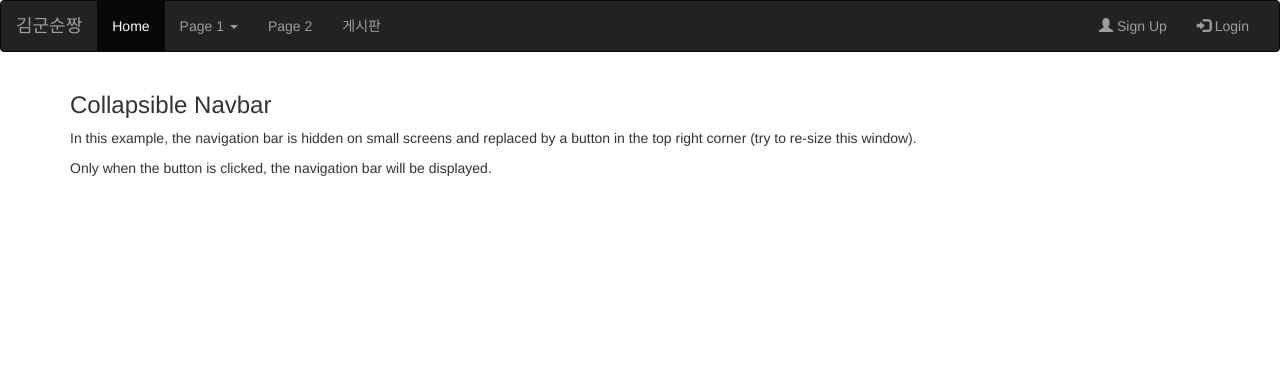
Repository: SeeUSoon93/Spring
Page: http://localhost/SpringMVC03/WEB-INF/views/index.jsp
An editor plug-in stored every save of this project. The page is shown before and after the next save, followed by the edit.
The browser window is 1280 px wide. The pictures show the whole page.
The page is served by Tomcat 9. Nobody is signed in. Other server files are loaded and not shown. The template is opened directly, without the code that normally fills it, so the values that code supplies are empty.

Above is the page before, as saved 2023-10-06 02:37:28.

### SpringMVC03/src/main/webapp/WEB-INF/views/index.jsp
<%@ page language="java" contentType="text/html; charset=UTF-8"
    pageEncoding="UTF-8"%>
<%@ taglib prefix="c" uri="http://java.sun.com/jsp/jstl/core" %>
<!DOCTYPE html>
<html lang="en">
<head>
  <title>SpringMVC03</title>
  <meta charset="utf-8">
  <meta name="viewport" content="width=device-width, initial-scale=1">
</head>
<body>

	<jsp:include page="common/header.jsp"></jsp:include>

<div class="container">
  <h3>Collapsible Navbar</h3>
  <p>In this example, the navigation bar is hidden on small screens and replaced by a button in the top right corner (try to re-size this window).
  <p>Only when the button is clicked, the navigation bar will be displayed.</p>
</div>

</body>
</html>

### SpringMVC03/src/main/webapp/WEB-INF/views/common/header.jsp
<%@ page language="java" contentType="text/html; charset=UTF-8"
    pageEncoding="UTF-8"%>
<!DOCTYPE html>
<html lang="en">
<head>
  <title>SpringMVC03</title>
  <meta charset="utf-8">
  <meta name="viewport" content="width=device-width, initial-scale=1">
  <link rel="stylesheet" href="https://maxcdn.bootstrapcdn.com/bootstrap/3.4.1/css/bootstrap.min.css">
  <script src="https://ajax.googleapis.com/ajax/libs/jquery/3.6.4/jquery.min.js"></script>
  <script src="https://maxcdn.bootstrapcdn.com/bootstrap/3.4.1/js/bootstrap.min.js"></script>
</head>
<body>


<nav class="navbar navbar-inverse">
  <div class="container-fluid">
    <div class="navbar-header">
      <button type="button" class="navbar-toggle" data-toggle="collapse" data-target="#myNavbar">
        <span class="icon-bar"></span>
        <span class="icon-bar"></span>
        <span class="icon-bar"></span>
      </button>
      <a class="navbar-brand" href="#">김군순짱</a>
    </div>
    <div class="collapse navbar-collapse" id="myNavbar">
      <ul class="nav navbar-nav">
        <li class="active"><a href="#">Home</a></li>
        <li class="dropdown">
          <a class="dropdown-toggle" data-toggle="dropdown" href="#">Page 1 <span class="caret"></span></a>
          <ul class="dropdown-menu">
            <li><a href="#">Page 1-1</a></li>
            <li><a href="#">Page 1-2</a></li>
            <li><a href="#">Page 1-3</a></li>
          </ul>
        </li>
        <li><a href="#">Page 2</a></li>
        <li><a href="boardMain.do">게시판</a></li>
      </ul>
      <ul class="nav navbar-nav navbar-right">
        <li><a href="#"><span class="glyphicon glyphicon-user"></span> Sign Up</a></li>
        <li><a href="#"><span class="glyphicon glyphicon-log-in"></span> Login</a></li>
      </ul>
    </div>
  </div>
</nav>

</body>
</html>

After the next save:
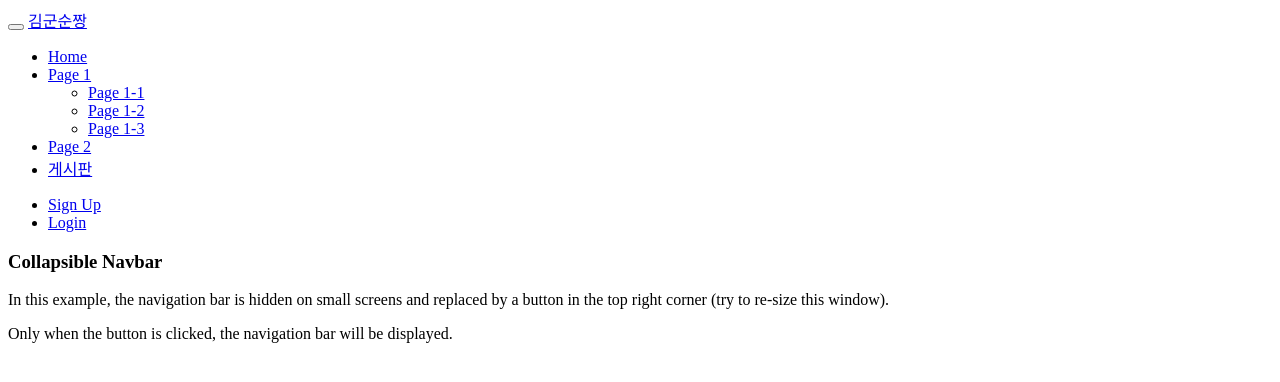
Saved 72 s later.
--- a/SpringMVC03/src/main/webapp/WEB-INF/views/common/header.jsp
+++ b/SpringMVC03/src/main/webapp/WEB-INF/views/common/header.jsp
@@ -6,9 +6,7 @@
   <title>SpringMVC03</title>
   <meta charset="utf-8">
   <meta name="viewport" content="width=device-width, initial-scale=1">
-  <link rel="stylesheet" href="https://maxcdn.bootstrapcdn.com/bootstrap/3.4.1/css/bootstrap.min.css">
-  <script src="https://ajax.googleapis.com/ajax/libs/jquery/3.6.4/jquery.min.js"></script>
-  <script src="https://maxcdn.bootstrapcdn.com/bootstrap/3.4.1/js/bootstrap.min.js"></script>
+
 </head>
 <body>
 

After the save that followed:
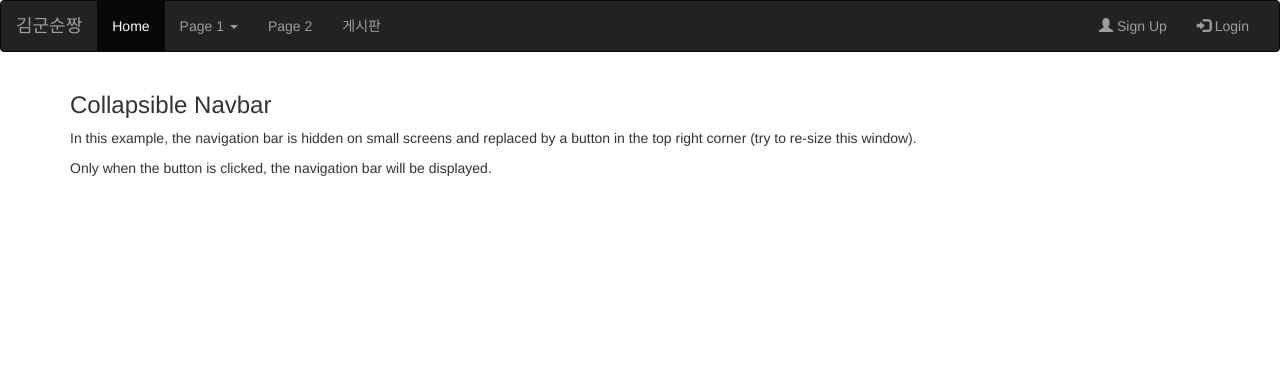
Saved 5 s later.
--- a/SpringMVC03/src/main/webapp/WEB-INF/views/index.jsp
+++ b/SpringMVC03/src/main/webapp/WEB-INF/views/index.jsp
@@ -7,6 +7,9 @@
   <title>SpringMVC03</title>
   <meta charset="utf-8">
   <meta name="viewport" content="width=device-width, initial-scale=1">
+    <link rel="stylesheet" href="https://maxcdn.bootstrapcdn.com/bootstrap/3.4.1/css/bootstrap.min.css">
+  <script src="https://ajax.googleapis.com/ajax/libs/jquery/3.6.4/jquery.min.js"></script>
+  <script src="https://maxcdn.bootstrapcdn.com/bootstrap/3.4.1/js/bootstrap.min.js"></script>
 </head>
 <body>
 
